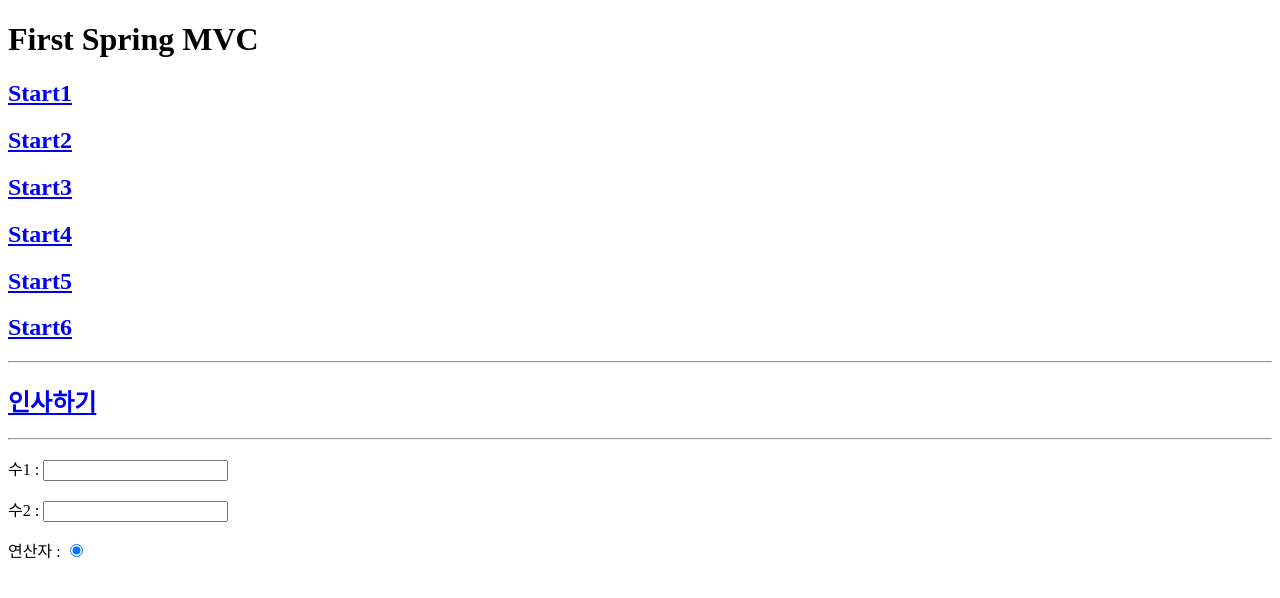
Repository: Developer120000/spring_mvc_study
Page: http://localhost/spring_mvc02/
The author's editor kept a copy of each file at every save. The page is drawn from the files as they stood at one save, then again after the next save.
The browser window is 1280 px wide. The pictures show the whole page.
The page is served by Tomcat 9. Other server files are loaded and not shown.

Above is the page before, as saved 2024-03-19 03:11:52.

### spring_mvc02/src/main/webapp/WEB-INF/views/index.jsp
<%@ page language="java" contentType="text/html; charset=UTF-8"
    pageEncoding="UTF-8"%>
<!DOCTYPE html>
<html>
<head>
<meta charset="UTF-8">
<title>Insert title here</title>
</head>
<body>
	<h1>First Spring MVC</h1>
	<!-- 확장자가 .do 이름 이므로 web.xml 에서 지정한 servlet-context.xml (DispatcherServlet) 으로 간다 -->
	<h2><a href="start1.do">Start1</a></h2>
	<h2><a href="start2.do">Start2</a></h2>
	<h2><a href="start3.do">Start3</a></h2>
	<h2><a href="start4.do">Start4</a></h2>
	<h2><a href="start5.do">Start5</a></h2>
	<h2><a href="start6.do">Start6</a></h2>
	<hr>

	<h2><a href="hello.do">인사하기</a></h2>
	<hr>
	<form action="calc.do" method="post">
		<p>수1 : <input type="number" size="15" name="s1" required></p>
		<p>수2 : <input type="number" size="15" name="s2" required></p>
		<p>연산자 :
			<input type="radio" name="op" value="+" checked></p>
	</form>
</body>
</html>

After the next save:
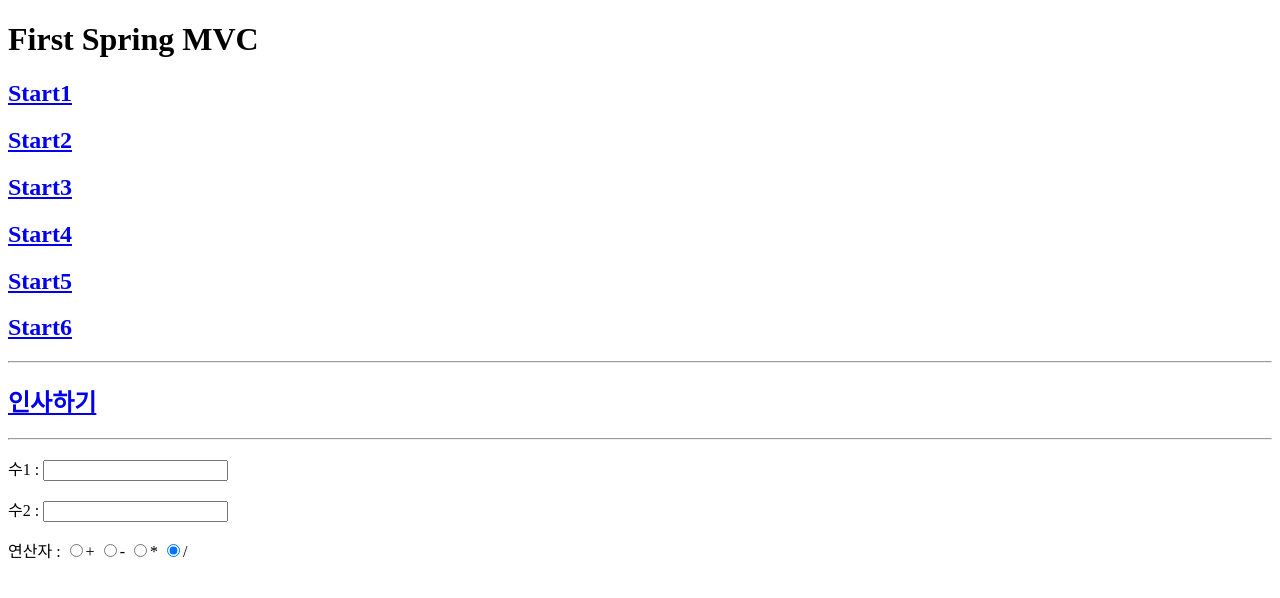
Saved 20 s later.
--- a/spring_mvc02/src/main/webapp/WEB-INF/views/index.jsp
+++ b/spring_mvc02/src/main/webapp/WEB-INF/views/index.jsp
@@ -23,7 +23,11 @@
 		<p>수1 : <input type="number" size="15" name="s1" required></p>
 		<p>수2 : <input type="number" size="15" name="s2" required></p>
 		<p>연산자 :
-			<input type="radio" name="op" value="+" checked></p>
+			<input type="radio" name="op" value="+" checked>+
+			<input type="radio" name="op" value="+" checked>-
+			<input type="radio" name="op" value="+" checked>*
+			<input type="radio" name="op" value="+" checked>/
+		</p>
 	</form>
 </body>
 </html>
